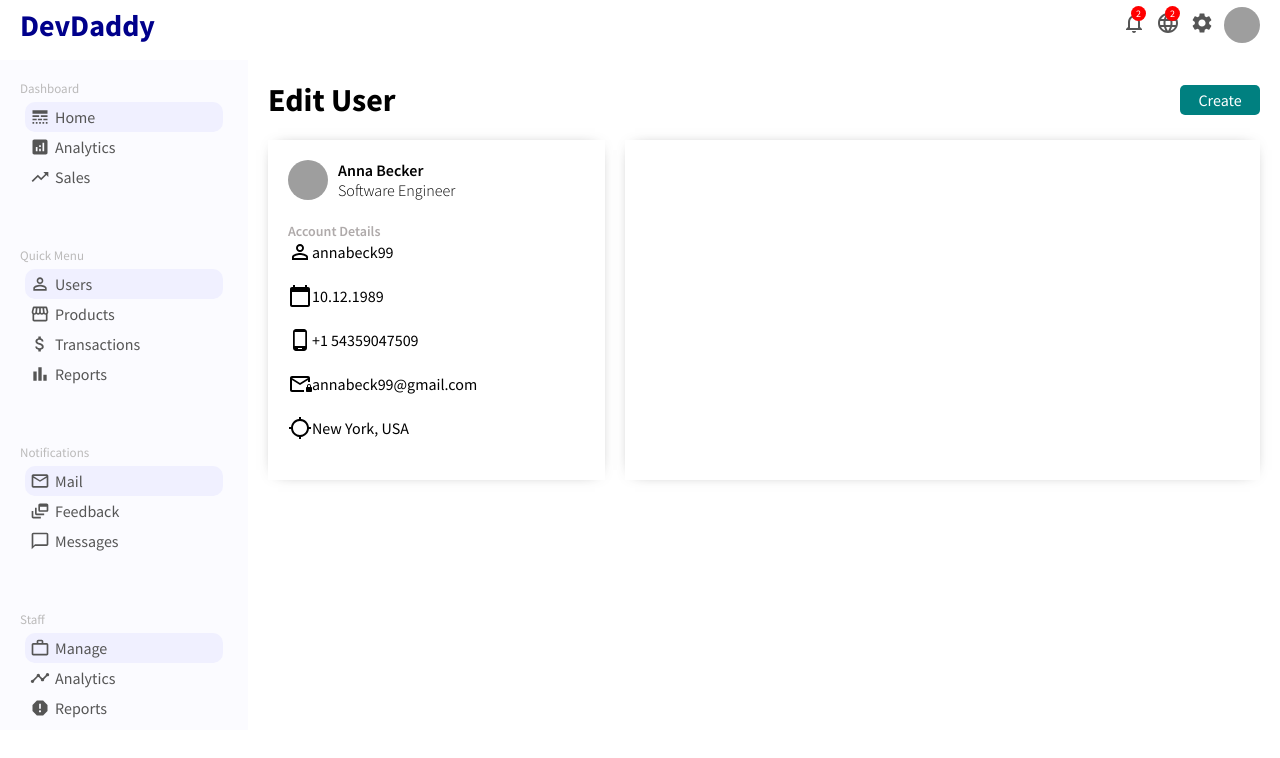
Repository: Marhamat92/react-admin-dashboard
Page: /user/1
The author's editor kept a copy of each file at every save. The page is drawn from the files as they stood at one save, then again after the next save.
The browser window is 1280 px wide. The pictures show the whole page.
Pictures or frames that could not be fetched are drawn as grey boxes. The project was rebuilt for these pictures with package versions that can differ from the ones it lists, and the page was loaded fresh each time. Also part of the build but not shown: src/pages/home/home.scss, src/components/featuredInfo/featuredInfo.scss, src/components/featuredInfo/FeaturedInfo.js, src/components/chart/chart.scss, src/components/chart/Chart.js, src/data/userData.js, src/components/widgetSm/widgetSm.scss, src/components/widgetSm/WidgetSm.js and 6 more.

Above is the page before, as saved 2023-02-10 23:47:39.

### public/index.html
<!DOCTYPE html>
<html lang="en">

<head>
  <meta charset="utf-8" />
  <link rel="icon" href="%PUBLIC_URL%/favicon.ico" />
  <meta name="viewport" content="width=device-width, initial-scale=1" />
  <meta name="theme-color" content="#000000" />
  <meta name="description" content="Web site created using create-react-app" />
  <link rel="apple-touch-icon" href="%PUBLIC_URL%/logo192.png" />
  <link rel="preconnect" href="https://fonts.googleapis.com">
  <link rel="preconnect" href="https://fonts.gstatic.com" crossorigin>
  <link href="https://fonts.googleapis.com/css2?family=Source+Sans+Pro:wght@200;300;400;600;700;900&display=swap"
    rel="stylesheet">
  <!--
      manifest.json provides metadata used when your web app is installed on a
      user's mobile device or desktop. See https://developers.google.com/web/fundamentals/web-app-manifest/
    -->
  <link rel="manifest" href="%PUBLIC_URL%/manifest.json" />
  <!--
      Notice the use of %PUBLIC_URL% in the tags above.
      It will be replaced with the URL of the `public` folder during the build.
      Only files inside the `public` folder can be referenced from the HTML.

      Unlike "/favicon.ico" or "favicon.ico", "%PUBLIC_URL%/favicon.ico" will
      work correctly both with client-side routing and a non-root public URL.
      Learn how to configure a non-root public URL by running `npm run build`.
    -->
  <style>
    * {
      font-family: 'Source Sans Pro', sans-serif;
      margin: 0;

    }
  </style>
  <title>DevDaddy Admin Dashboard</title>
</head>

<body>
  <noscript>You need to enable JavaScript to run this app.</noscript>
  <div id="root"></div>
  <!--
      This HTML file is a template.
      If you open it directly in the browser, you will see an empty page.

      You can add webfonts, meta tags, or analytics to this file.
      The build step will place the bundled scripts into the <body> tag.

      To begin the development, run `npm start` or `yarn start`.
      To create a production bundle, use `npm run build` or `yarn build`.
    -->
</body>

</html>

### src/index.js
import React from 'react';
import ReactDOM from 'react-dom/client';
import App from './App';
import { BrowserRouter } from "react-router-dom";


const root = ReactDOM.createRoot(document.getElementById('root'));
root.render(
  <BrowserRouter>
    <App />
  </BrowserRouter>

);

### src/App.js
import Topbar from "./components/Topbar/Topbar";
import Sidebar from "./components/sidebar/Sidebar";
import "./app.scss";
import Home from "./pages/home/Home";
import {
  Routes,
  Route,
  Link,
} from "react-router-dom";
import UserList from "./pages/userList/UserList";
import User from "./pages/user/User";


function App() {
  return (
    <>
      <Topbar />
      <div className="container">
        <Sidebar />
        <Routes>
          <Route path="/" element={<Home />} />
          <Route path="/users" element={<UserList />} />
          <Route path="/user/:userId" element={<User />} />
        </Routes>
      </div>
    </>

  );
}

export default App;

### src/components/Topbar/Topbar.jsx
import React from 'react'
import "./topbar.scss"
import { Language, NotificationsNone, Settings } from '@mui/icons-material'

function Topbar() {
  return (
    <div className="topbar" >
       <div className='topbarWrapper' >
          <div className='topLeft' >
            <span className='logo'>DevDaddy</span>
          </div>
          <div className='topRight' >
             <div className='topbarIconContainer' >
               <NotificationsNone/>
                <span className='topIconBadge'>2</span>
             </div>
             <div className='topbarIconContainer' >
               <Language/>
                <span className='topIconBadge'>2</span>
             </div>
             <div className='topbarIconContainer' >
               <Settings/>
             </div>
             <img className='topAvatar' src='https://i.pinimg.com/originals/99/ee/d8/99eed8642bbb66a71d0f1677d18a2587.jpg' alt="jack sheperd" />
          </div>
       </div>
    </div>
  )
}

export default Topbar

### src/components/sidebar/Sidebar.js
import React from 'react'
import './sidebar.scss'
import { Analytics, AttachMoney, ChatBubbleOutline, DynamicFeed, LineStyle, MailOutline, PermIdentity, Report, Storefront, Timeline, TrendingUp, WorkOutline, BarChart } from '@mui/icons-material'



function Sidebar() {
  return (
    <div className='sidebar'>
      <div className='sidebarWrapper'>
        <div className='sidebarMenu' >
          <div className='sidebarTitle'>
            Dashboard
          </div>
          <ul className='sidebarList'>
            <li className='sidebarListItem active'>
              <LineStyle className='sidebarIcon' />
              Home
            </li>
            <li className='sidebarListItem'>
              <Analytics className='sidebarIcon' />
              Analytics
            </li>
            <li className='sidebarListItem'>
              <TrendingUp className='sidebarIcon' />
              Sales
            </li>
          </ul>
        </div>
      </div>

      <div className='sidebarWrapper'>
        <div className='sidebarMenu' >
          <div className='sidebarTitle'>
            Quick Menu
          </div>
          <ul className='sidebarList'>
            <li className='sidebarListItem active'>
              <PermIdentity className='sidebarIcon' />
              Users
            </li>
            <li className='sidebarListItem'>
              <Storefront className='sidebarIcon' />
              Products
            </li>
            <li className='sidebarListItem'>
              <AttachMoney className='sidebarIcon' />
              Transactions
            </li>
            <li className='sidebarListItem'>
              <BarChart className='sidebarIcon' />
              Reports
            </li>
          </ul>
        </div>
      </div>

      <div className='sidebarWrapper'>
        <div className='sidebarMenu' >
          <div className='sidebarTitle'>
            Notifications
          </div>
          <ul className='sidebarList'>
            <li className='sidebarListItem active'>
              <MailOutline className="sidebarIcon" />
              Mail
            </li>
            <li className='sidebarListItem'>
              <DynamicFeed className="sidebarIcon" />
              Feedback
            </li>
            <li className='sidebarListItem'>
              <ChatBubbleOutline className="sidebarIcon" />
              Messages
            </li>
          </ul>
        </div>
      </div>

      <div className='sidebarWrapper'>
        <div className='sidebarMenu' >
          <div className='sidebarTitle'>
            Staff
          </div>
          <ul className='sidebarList'>
            <li className='sidebarListItem active'>
              <WorkOutline className="sidebarIcon" />
              Manage
            </li>
            <li className='sidebarListItem'>
              <Timeline className="sidebarIcon" />
              Analytics
            </li>
            <li className='sidebarListItem'>
              <Report className="sidebarIcon" />
              Reports
            </li>
          </ul>
        </div>
      </div>
    </div>
  )
}

export default Sidebar

### src/app.scss
.container {
  display:flex;
  margin-top: 10px;
}

### src/pages/user/User.js
import React from 'react'
import './user.scss'
import { Link, useParams } from 'react-router-dom'
import { CalendarToday, LocationSearching, MailLockOutlined, PermIdentity, PhoneAndroid } from '@mui/icons-material'


function User() {
  const { userId } = useParams()


  return (
    <div className='user' >
      <div className='userTitleContainer'>
        <h1 className='userTitle'>Edit User</h1>
        <button className='userAddButton'>Create</button>
      </div>
      <div className='userContainer'>
        <div className='userShow'>
          <div className='userShowTop'>
            <img src='https://images.pexels.com/photos/20787/pexels-photo.jpg?auto=compress&cs=tinysrgb&h=350' alt='' className='userShowImg' />
            <div className='userShowTopTitle'>
              <span className='userShowUsername'>Anna Becker</span>
              <span className='userShowUserTitle'>Software Engineer</span>
            </div>
          </div>
          <div className='userShowBottom'>
            <span className='userShowTitle'>Account Details</span>
            <div className='userShowInfo' >
              <PermIdentity className='userShowIcon' />
              <span className='userShowInfoTitle'>annabeck99</span>
            </div>
            <div className='userShowInfo' >
              <CalendarToday className='userShowIcon' />
              <span className='userShowInfoTitle'>10.12.1989</span>
            </div>
            <div className='userShowInfo' >
              <PhoneAndroid className='userShowIcon' />
              <span className='userShowInfoTitle'>+1 54359047509</span>
            </div>
            <div className='userShowInfo' >
              <MailLockOutlined className='userShowIcon' />
              <span className='userShowInfoTitle'>annabeck99@gmail.com</span>
            </div>
            <div className='userShowInfo' >
              <LocationSearching className='userShowIcon' />
              <span className='userShowInfoTitle'>New York, USA</span>
            </div>
          </div>
        </div>
        <div className='userUpdate'></div>
      </div>
    </div>
  )
}

export default User

### src/components/Topbar/topbar.scss
.topbar{
  width:100%;
  height: 50px;
  background-color: white;
  position: sticky;
  top:0;
  z-index: 999;
}

.topbarWrapper{
  height: 100%;
  padding: 0px 20px;
  display: flex;
  align-items: center;
  justify-content: space-between;
}

.logo{
  font-weight:bold;
  font-size: 30px;
  color:darkblue;
  cursor: pointer;
}

.topRight{
  display:flex;
  align-items: center;
}

.topbarIconContainer{
  position:relative;
  cursor: pointer;
  margin-right:10px;
  color:#555;
}

.topIconBadge{
  width: 15px;
  height: 15px;
  display: flex;
  align-items: center;
  justify-content: center;
  position:absolute;
  top:-5px;
  right:0px;
  background-color: red;
  color:white;
  border-radius: 50%;
  font-size: 10px;
}

.topAvatar{
  width: 36px;
  height: 36px;
  border-radius: 50%;
  object-fit: cover;
  cursor: pointer;
}

### src/components/sidebar/sidebar.scss
.sidebar{
  flex:1;
  height:calc(100vh - 50px);
  background-color: rgb(251,251,255);
  position: sticky;
  top: 50px;
  align-self: flex-start;

}

.sidebarWrapper{
  padding: 20px;
  color:#555;
}

.sidebarMenu{
  margin-bottom:10px;
}

.sidebarTitle{
  font-size: 13px;
  color:rgb(187,186,186);
}

.sidebarList{
  list-style: none;
  padding:5px;
}

.sidebarListItem{
  padding:5px;
  cursor:pointer;
  display:flex;
  align-items:center;
  border-radius: 10px;
}

.sidebarListItem.active,
.sidebarListItem:hover{
  background-color: rgb(240,240,255);
}

.sidebarIcon{
  margin-right: 5px;
  font-size: 20px !important;
}

### src/pages/user/user.scss
.user{
  flex:4;
  padding: 20px;
}

.userTitleContainer{
  display: flex;
  align-items: center;
  justify-content: space-between;
}

.userAddButton{
  width: 80px;
  padding: 5px ;
  border:none;
  border-radius: 5px;
  background-color: teal;
  color: white;
  cursor: pointer;
  font-size: 16px;
}

.userContainer{
  display: flex;
  margin-top: 20px;
}

.userShow{
  flex:1;
  padding: 20px;
  -webkit-box-shadow: 0px 0px 15px -10px rgba(0, 0, 0, 0.75);
  box-shadow: 0px 0px 15px -10px rgba(0, 0, 0, 0.75);
}

.userUpdate{
  flex:2;
  padding: 20px;
  -webkit-box-shadow: 0px 0px 15px -10px rgba(0, 0, 0, 0.75);
  box-shadow: 0px 0px 15px -10px rgba(0, 0, 0, 0.75);
  margin-left: 20px;
}

.userShowTop{
  display: flex;
  align-items: center;
}

.userShowImg{
  width:40px;
  height: 40px;
  border-radius: 50%;
  object-fit: cover;
}

.userShowTopTitle{
   display: flex;
    flex-direction: column;
    margin-left: 10px;
}

.userShowUsername{
  font-weight: 600;
}

.userShowUserTitle{
  font-weight:300;
}


.userShowTitle{
  font-size: 14px;
  font-weight: 600;
  color:rgb(175,170,170)
}

.userShowBottom{
  margin-top: 20px;
}

.userShowInfo{
  margin-bottom: 20px;
  display: flex;
  align-items: center;
}

After the next save:
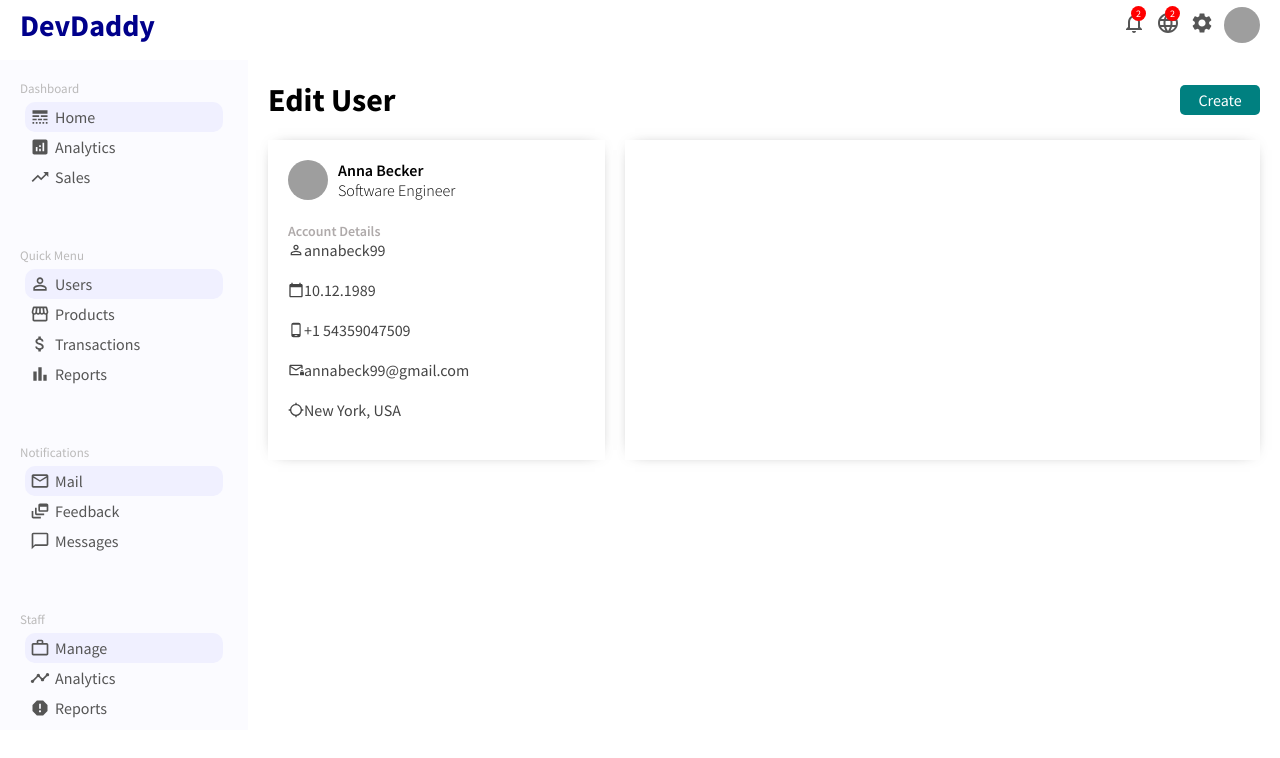
Saved 57 s later.
--- a/src/pages/user/user.scss
+++ b/src/pages/user/user.scss
@@ -81,4 +81,9 @@
   margin-bottom: 20px;
   display: flex;
   align-items: center;
+  color: #444;
 }
+
+.userShowIcon{
+  font-size: 16px !important;
+}
